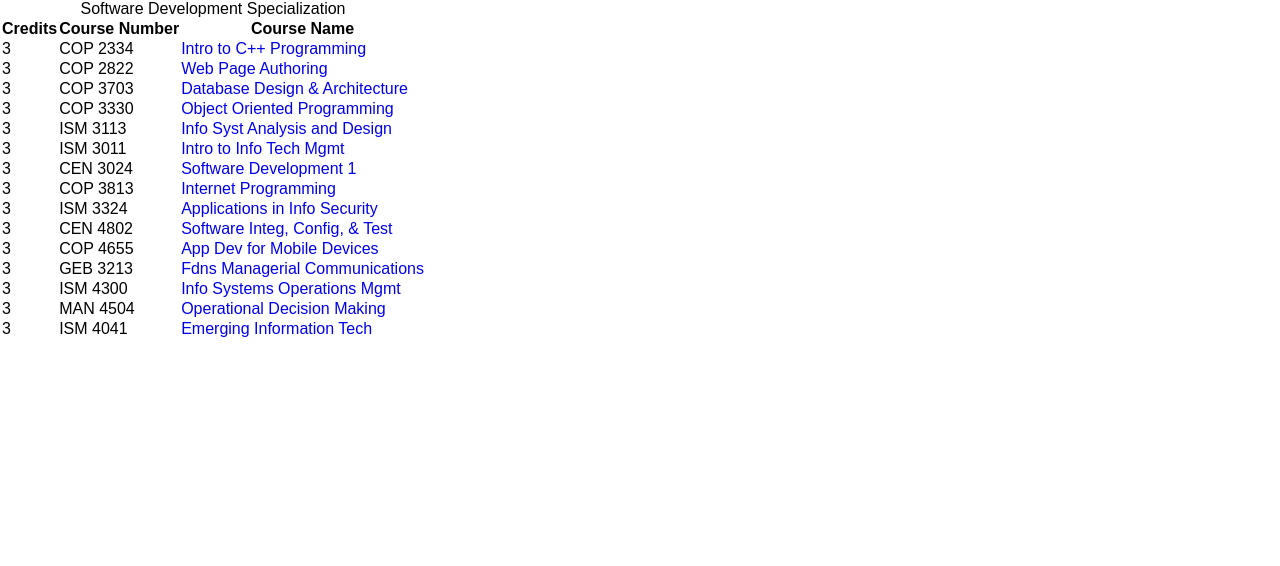
Repository: mlmEFSC21/P3-DegreeSpecializationTable
Page: index.html
The author's editor kept a copy of each file at every save. The page is drawn from the files as they stood at one save, then again after the next save.
The browser window is 1280 px wide. The pictures show the whole page.
Some web fonts or font styles are not loaded; a fallback is used.

Above is the page before, as saved 2022-02-01 20:47:53.

### index.html
<!DOCTYPE html>
<html lang="en">
    <head>
        <meta charset="UTF-8" />
        <meta http-equiv="X-UA-Compatible" content="IE=edge" />
        <meta name="viewport" content="width=device-width, initial-scale=1.0" />
        <link rel="stylesheet" href="tableStyles.css" />
        <title>Degree Specialization Table</title>
    </head>
    <body>
        <table>
            <caption class="tableTitle">
                Software Development Specialization
            </caption>
            <thead>
                <tr class="colTitles">
                    <th>Credits</th>
                    <th>Course Number</th>
                    <th>Course Name</th>
                </tr>
            </thead>
            <tr>
                <td>3</td>
                <td>COP 2334</td>
                <td>
                    <a
                        href="https://bannerweb.easternflorida.edu/prod/bwckctlg.p_disp_course_detail?cat_term_in=202210&subj_code_in=COP&crse_numb_in=1000"
                        >Intro to C++ Programming</a
                    >
                </td>
            </tr>
            <tr>
                <td>3</td>
                <td>COP 2822</td>
                <td>
                    <a
                        href="https://bannerweb.easternflorida.edu/prod/bwckctlg.p_disp_course_detail?cat_term_in=202210&subj_code_in=COP&crse_numb_in=2822"
                        >Web Page Authoring</a
                    >
                </td>
            </tr>
            <tr>
                <td>3</td>
                <td>COP 3703</td>
                <td>
                    <a
                        href="https://bannerweb.easternflorida.edu/prod/bwckctlg.p_disp_course_detail?cat_term_in=202210&subj_code_in=COP&crse_numb_in=3703"
                        >Database Design & Architecture</a
                    >
                </td>
            </tr>
            <tr>
                <td>3</td>
                <td>COP 3330</td>
                <td>
                    <a
                        href="https://bannerweb.easternflorida.edu/prod/bwckctlg.p_disp_course_detail?cat_term_in=202210&subj_code_in=COP&crse_numb_in=3330"
                        >Object Oriented Programming</a
                    >
                </td>
            </tr>
            <tr>
                <td>3</td>
                <td>ISM 3113</td>
                <td>
                    <a
                        href="https://bannerweb.easternflorida.edu/prod/bwckctlg.p_disp_course_detail?cat_term_in=202210&subj_code_in=ISM&crse_numb_in=3113"
                        >Info Syst Analysis and Design</a
                    >
                </td>
            </tr>
            <tr>
                <td>3</td>
                <td>ISM 3011</td>
                <td>
                    <a
                        href="https://bannerweb.easternflorida.edu/prod/bwckctlg.p_disp_course_detail?cat_term_in=202210&subj_code_in=ISM&crse_numb_in=3011"
                        >Intro to Info Tech Mgmt</a
                    >
                </td>
            </tr>
            <tr>
                <td>3</td>
                <td>CEN 3024</td>
                <td>
                    <a
                        href="https://bannerweb.easternflorida.edu/prod/bwckctlg.p_disp_course_detail?cat_term_in=202210&subj_code_in=CEN&crse_numb_in=3024"
                        >Software Development 1</a
                    >
                </td>
            </tr>
            <tr>
                <td>3</td>
                <td>COP 3813</td>
                <td>
                    <a
                        href="https://bannerweb.easternflorida.edu/prod/bwckctlg.p_disp_course_detail?cat_term_in=202210&subj_code_in=COP&crse_numb_in=3813"
                        >Internet Programming</a
                    >
                </td>
            </tr>
            <tr>
                <td>3</td>
                <td>ISM 3324</td>
                <td>
                    <a
                        href="https://bannerweb.easternflorida.edu/prod/bwckctlg.p_disp_course_detail?cat_term_in=202210&subj_code_in=ISM&crse_numb_in=3324"
                        >Applications in Info Security</a
                    >
                </td>
            </tr>
            <tr>
                <td>3</td>
                <td>CEN 4802</td>
                <td>
                    <a
                        href="https://bannerweb.easternflorida.edu/prod/bwckctlg.p_disp_course_detail?cat_term_in=202210&subj_code_in=CEN&crse_numb_in=4802"
                        >Software Integ, Config, & Test</a
                    >
                </td>
            </tr>
            <tr>
                <td>3</td>
                <td>COP 4655</td>
                <td>
                    <a
                        href="https://bannerweb.easternflorida.edu/prod/bwckctlg.p_disp_course_detail?cat_term_in=202210&subj_code_in=COP&crse_numb_in=4655"
                        >App Dev for Mobile Devices</a
                    >
                </td>
            </tr>
            <tr>
                <td>3</td>
                <td>GEB 3213</td>
                <td>
                    <a
                        href="https://bannerweb.easternflorida.edu/prod/bwckctlg.p_disp_course_detail?cat_term_in=202210&subj_code_in=GEB&crse_numb_in=3213"
                        >Fdns Managerial Communications</a
                    >
                </td>
            </tr>
            <tr>
                <td>3</td>
                <td>ISM 4300</td>
                <td>
                    <a
                        href="https://bannerweb.easternflorida.edu/prod/bwckctlg.p_disp_course_detail?cat_term_in=202210&subj_code_in=ISM&crse_numb_in=4300"
                        >Info Systems Operations Mgmt</a
                    >
                </td>
            </tr>
            <tr>
                <td>3</td>
                <td>MAN 4504</td>
                <td>
                    <a
                        href="https://bannerweb.easternflorida.edu/prod/bwckctlg.p_disp_course_detail?cat_term_in=202210&subj_code_in=MAN&crse_numb_in=4504"
                        >Operational Decision Making</a
                    >
                </td>
            </tr>
            <tr>
                <td>3</td>
                <td>ISM 4041</td>
                <td>
                    <a
                        href="https://bannerweb.easternflorida.edu/prod/bwckctlg.p_disp_course_detail?cat_term_in=202210&subj_code_in=ISM&crse_numb_in=4041"
                        >Emerging Information Tech</a
                    >
                </td>
            </tr>
        </table>
    </body>
</html>

### tableStyles.css
@import url("https://fonts.googleapis.com/css2?family=Spectral:wght@400&display=swap");

:root {
    --clr-prime: #003c5e;
    --clr-second: #1a2028;
    --clr-accent: #8fb500;
    --clr-font-prime: #5b8ead;
    --clr-font-second: black;
}
*,
*::before,
*::after {
    margin: 0;
    padding: 0;
    box-sizing: border-box;
}
body {
    font-family: Spectral, sans-serif;
    height: 100vh;
}

a {
    text-decoration: none;
}

After the next save:
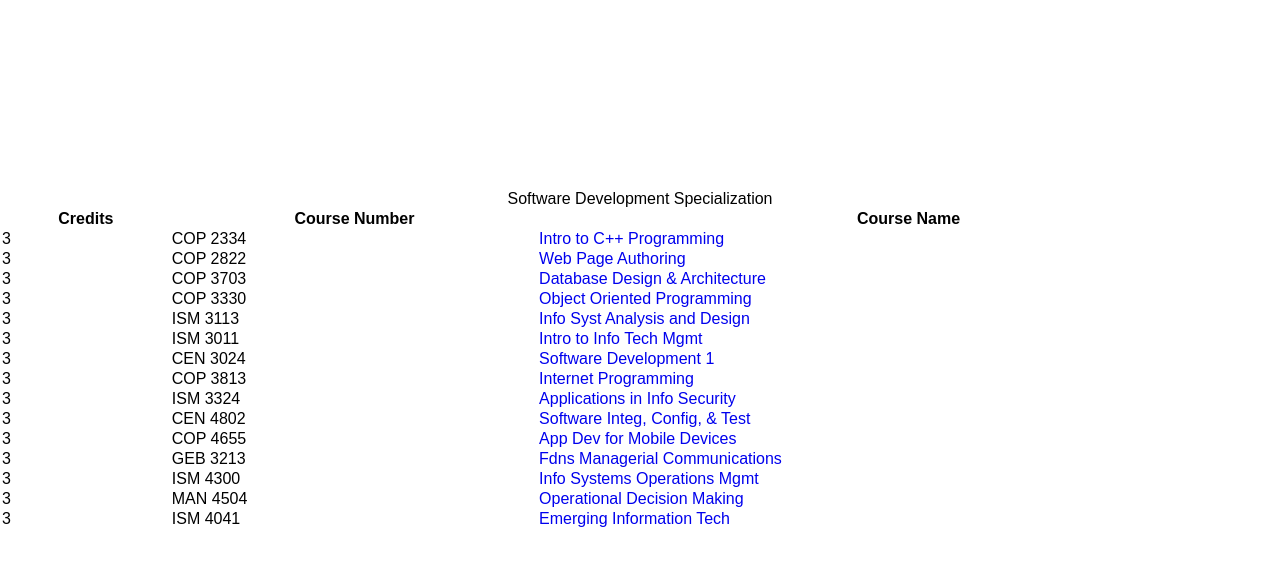
Saved 92 s later.
--- a/tableStyles.css
+++ b/tableStyles.css
@@ -17,8 +17,12 @@
 body {
     font-family: Spectral, sans-serif;
     height: 100vh;
+    display: grid;
+    align-items: center;
+    align-content: center;
 }
-
+table {
+}
 a {
     text-decoration: none;
 }
